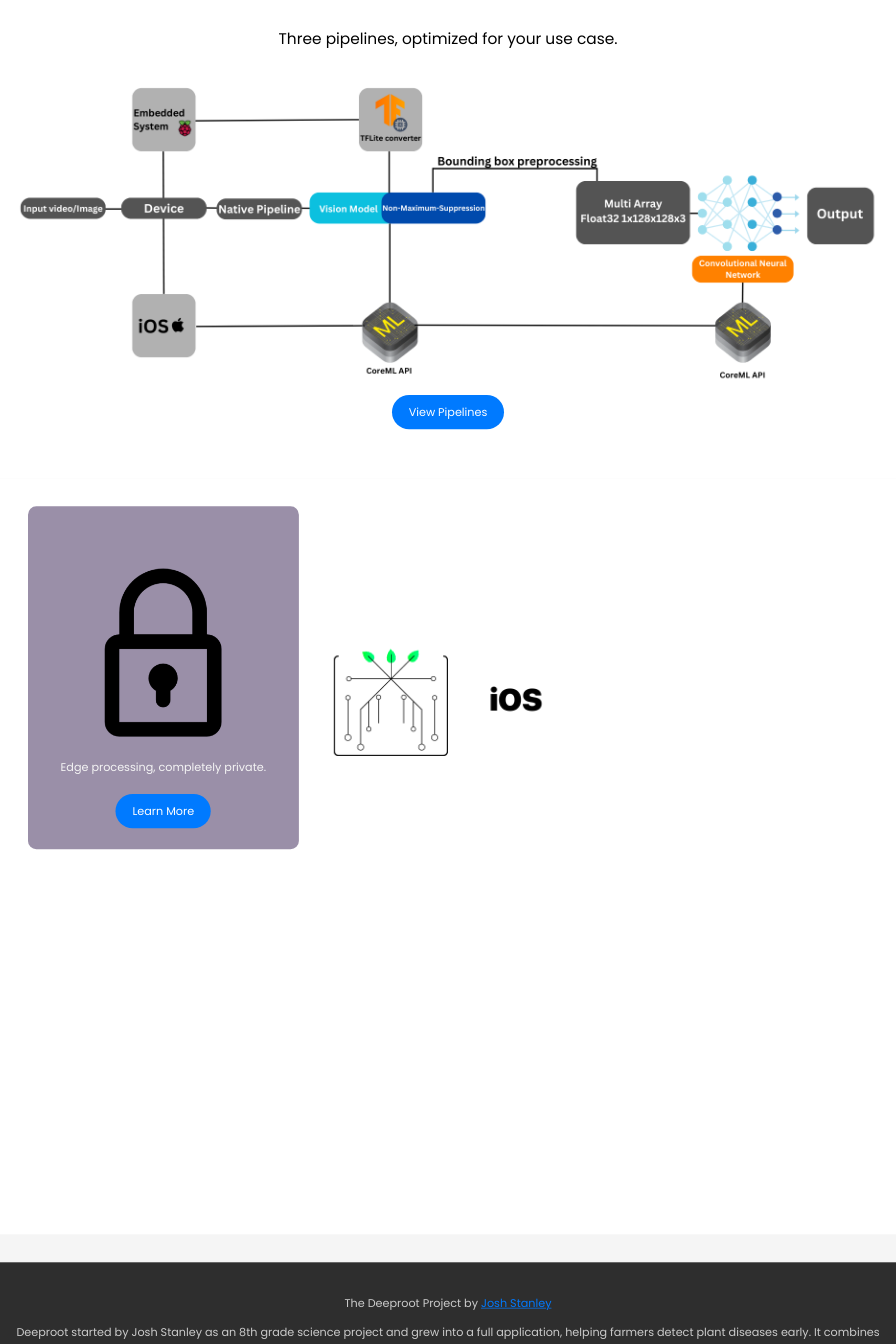
Repository: jss1118/The-Deeproot-Project
Page: Website/index.html
An editor plug-in stored every save of this project. The page is shown before and after the next save, followed by the edit.
The browser window is 1280 px wide. The pictures show the part of the page from y = 1226 to 3146 px (the page is 3212 px tall), at 70% of full size.

Above is the page before, as saved 2025-03-21 13:19:13.

### Website/index.html
<!DOCTYPE html>
<html lang="en">

<head>
  <meta charset="UTF-8">
  <meta name="viewport" content="width=device-width, initial-scale=1.0">
  <title>Deeproot A.I</title>
  <link href="https://fonts.googleapis.com/css2?family=Poppins:wght@400;600&display=swap" rel="stylesheet">
  <style>
    body {
      margin: 0;
      font-family: 'Poppins', sans-serif;
      overflow-x: hidden;
      background-color: #f5f5f5;
    }

    nav {
      background: rgba(22, 22, 22, 0.9);
      position: sticky;
      top: 0;
      width: 100%;
      z-index: 1000;
      display: flex;
      justify-content: center;
    }

    .navlinks {
      list-style: none;
      display: flex;
      gap: 30px;
      padding: 15px;
      margin: 0;
    }

    .navlink, .navicon svg {
      color: #d3d3d3;
      text-decoration: none;
      transition: color 0.3s;
    }

    .navlink:hover, .mainpagelink a:hover {
      color: white;
    }

    .mainpage2, .mainpage3, .mainpage4 {
      padding: 60px 20px;
      text-align: center;
    }

    .mainpage2 {
      background: linear-gradient(135deg, #2e2e2e, #4f4f4f);
      color: white;
    }

    .mainpage2 img, .mainpage3 img, .promo1 img {
      max-width: 100%;
      height: auto;

    }

    .mp2-title1 {
      font-size: 56px;
      font-weight: 600;
      margin-bottom: 15px;
    }

    .mp2-desc, .mp3desc {
      font-size: 22px;
      margin-bottom: 25px;
    }

    .mainpagelink a {
      display: inline-block;
      margin: 10px;
      padding: 12px 24px;
      background: #007aff;
      color: white;
      border-radius: 25px;
      text-decoration: none;
      transition: background 0.3s;
    }

    .mainpage3 {
      background: white;
    }

    .mainpage3 img {
      margin-top: 20px;
      border-radius: 12px;
    }

    .mainpage4 {
      display: grid;
      grid-template-columns: repeat(auto-fit, minmax(300px, 1fr));
      gap: 20px;
      background-color: white;
      padding: 40px;
    }

    .promo1, .promo2, .promo3, .promo4, .promo5, .promo6 {
      background-size: cover;
      background-position: center;
      height: 450px;
      display: flex;
      flex-direction: column;
      justify-content: flex-end;
      padding: 20px;
      color: white;
      border-radius: 12px;
      position: relative;
    }

    .promo1 img, .promo2 img, .promo3 img, .promo4 img, .promo5 img, .promo6 img {
      margin-bottom: 10px;
    }

    .promo1 {
      background-color: #9a8fa8;
      color: #f5f5f5;
    }
    .promo1 img {
      width: 240px;
      height: auto;
      margin: 0 auto 15px auto;
      display: block;
      background: none;
    }

    .promo2 img {
      width: 360px;
      height: auto;
      margin: 0 auto 15px auto;
      display: block;
      background: none;
      position: relative;
      bottom: 90x;
    }

    footer {
      background-color: #2e2e2e;
      color: #ccc;
      text-align: center;
      padding: 30px 20px;
      margin-top: 40px;
    }

    footer a {
      color: #007aff;
      text-decoration: underline;
    }

    @media (max-width: 768px) {
      .mp2-title1 { font-size: 40px; }
      .mp2-desc, .mp3desc { font-size: 18px; }
      .mainpagelink a { padding: 10px 20px; }
    }
  </style>
</head>

<body>
  <nav>
    <ul class="navlinks">
      <li><a class="navlink" href="/">iOS</a></li>
      <li><a class="navlink" href="/applestore">Raspberry Pi 5</a></li>
      <li><a class="navlink" href="/">Native</a></li>
      <li><a class="navlink" href="/">State-of-the-art Models</a></li>
      <li><a class="navlink" href="/">Developers</a></li>
    </ul>
  </nav>

  <section class="mainpage2">
    <h1 class="mp2-title1">Deeproot</h1>
    <p class="mp2-desc">Portable. Fast. Secure.</p>
    <p class="mp2-desc">The all-in-one automated solution for early plant disease detection.</p>
    <div class="mainpagelink"><a href="#">Learn More</a></div>
    <img src="wide logo.png" alt="Deeproot Logo">
  </section>

  <section class="mainpage3">
    <p class="mp3desc">Three pipelines, optimized for your use case.</p>
    <img src="newgraph.png" alt="Machine Learning Pipelines">
    <div class="mainpagelink"><a href="#">View Pipelines</a></div>
  </section>

  <section class="mainpage4">
    <div class="promo1">
      <img src="lock.fill.png" alt="Promo icon">
      <p>Edge processing, completely private.</p>
      <div class="mainpagelink"><a href="#">Learn More</a></div>
    </div>
    <div class="promo2">
      <img src="deeprootios.png" alt="ios icon">
    </div>


    <div class="promo3"></div>
    <div class="promo4"></div>
    <div class="promo5"></div>
    <div class="promo6"></div>
  </section>

  <footer>
    <p>The Deeproot Project by <a href="https://github.com/iamreiyn">Josh Stanley</a></p>
    <p>Deeproot started by Josh Stanley as an 8th grade science project and grew into a full application, helping farmers detect plant diseases early. It combines deep learning and computer vision to protect crops in a cost-effective and automated way.</p>
  </footer>
</body>
</html>

After the next save:
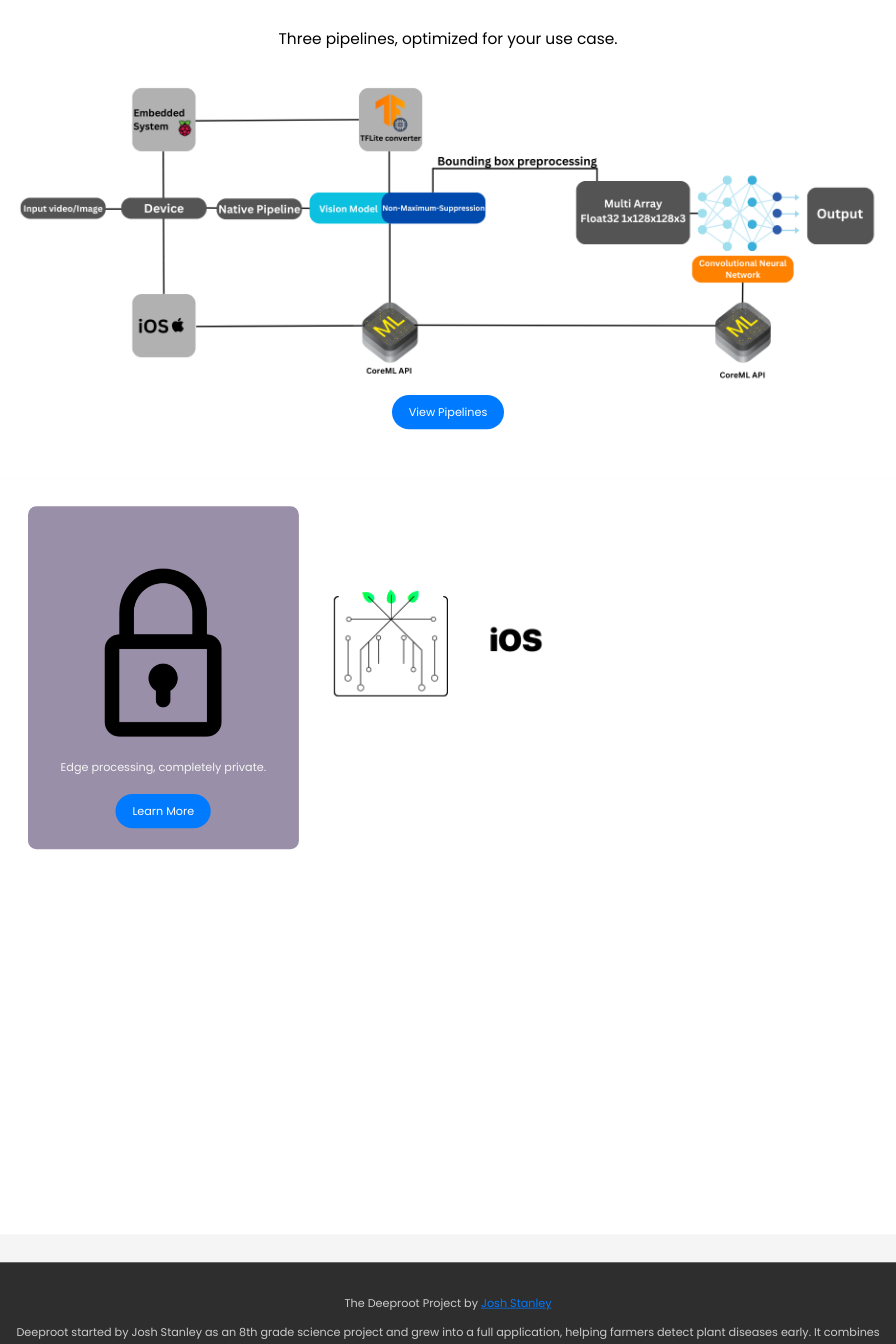
Saved 10 s later.
--- a/Website/index.html
+++ b/Website/index.html
@@ -133,7 +133,7 @@
       display: block;
       background: none;
       position: relative;
-      bottom: 90x;
+      bottom: 85px;
     }
 
     footer {

After the save that followed:
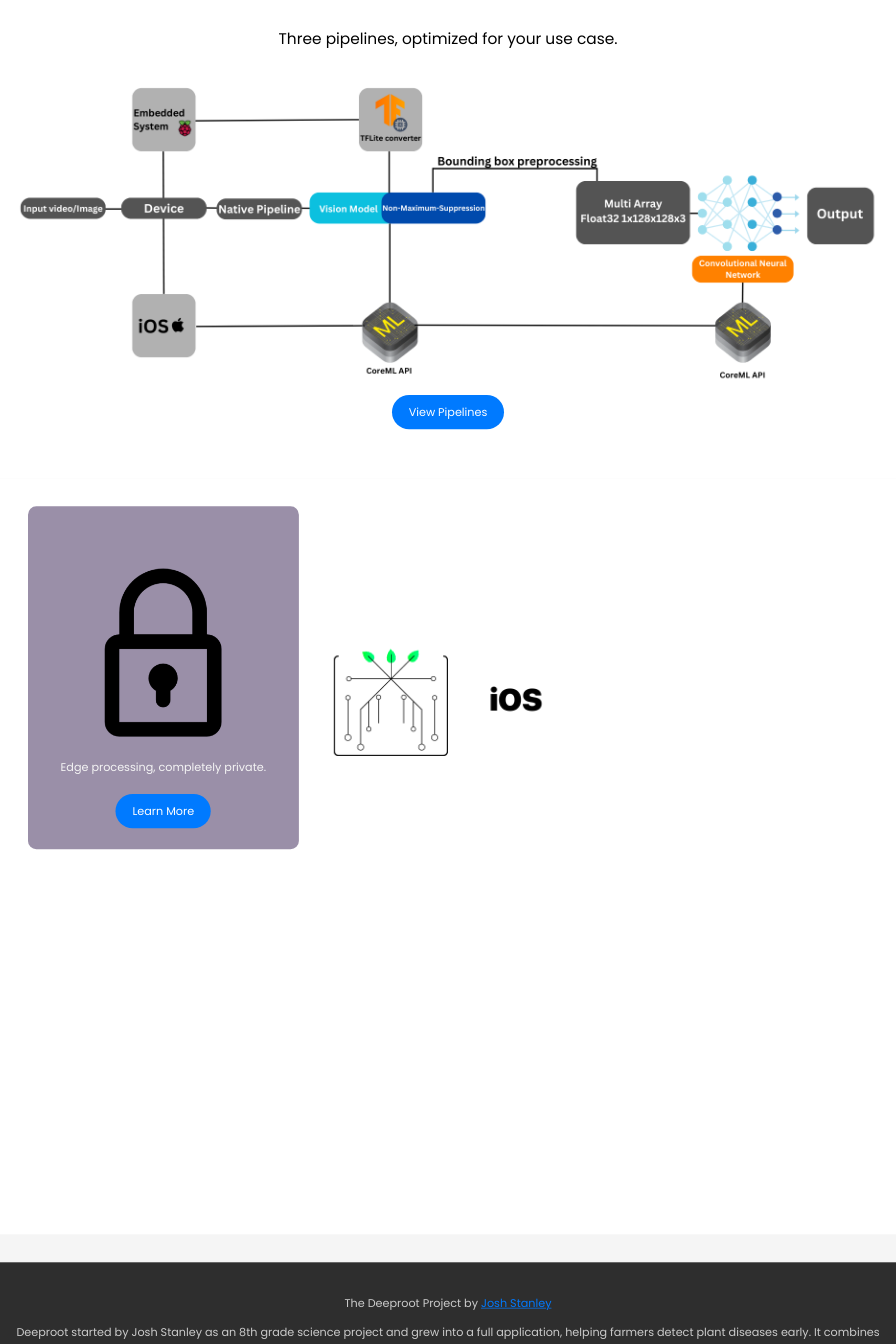
Saved 5 s later.
--- a/Website/index.html
+++ b/Website/index.html
@@ -133,7 +133,7 @@
       display: block;
       background: none;
       position: relative;
-      bottom: 85px;
+      bottom: 90x;
     }
 
     footer {
